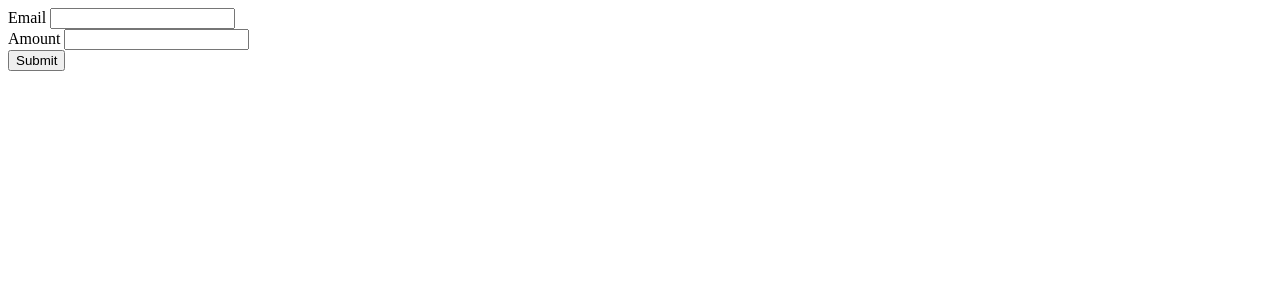
Repository: Mpiima/Early-market
Page: http://localhost/payment/index.php
An editor plug-in stored every save of this project. The page is shown before and after the next save, followed by the edit.
The browser window is 1280 px wide. The pictures show the whole page.
The page is run by PHP 8.4 with error messages shown; the project is at /var/www/html/.

Above is the page before, as saved 2023-04-19 05:17:31.

### payment/index.php
<!DOCTYPE html>
<html>
    <head>
        <meta charset="utf-8">
        <meta http-equiv="X-UA-Compatible" content="IE=edge">
        <title>Rave payment Gateway</title>
        <meta name="description" content="">
        <meta name="viewport" content="width=device-width, initial-scale=1">
        <link rel="stylesheet" href="">
    </head>
    <body>
        <form action="pay.php" method="POST">

        <label>Email</label>
        <input type="email" name="email">
        <br>
        <label>Amount</label>
        <input type="number" name="amount">
        <br>
        <input type="submit" name="pay" vlaue="Send Payment">

        </form>
    </body>
</html>

After the next save:
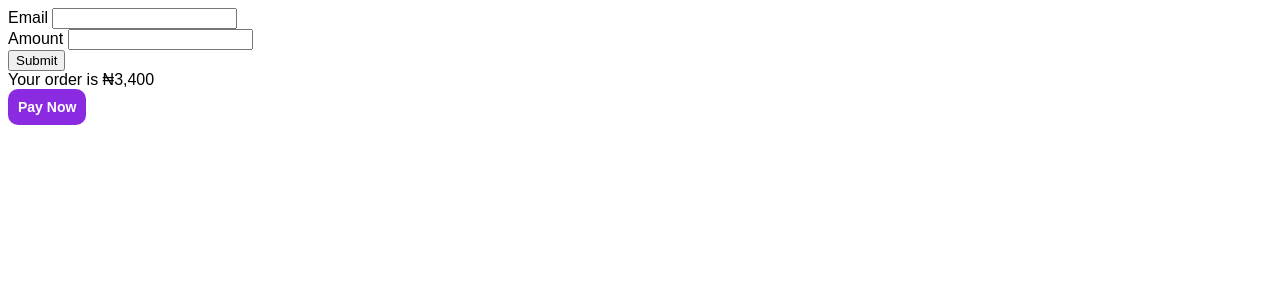
Saved 8 min 17 s later.
--- a/payment/index.php
+++ b/payment/index.php
@@ -21,4 +21,49 @@
 
         </form>
     </body>
+
+
+<style>
+body {
+  font-family: Sans-Serif;
+}
+
+#start-payment-button {
+    cursor: pointer;
+    position: relative;
+    background-color: blueviolet;
+    color: #fff;
+    max-width: 30%;
+    padding: 10px;
+    font-weight: 600;
+    font-size: 14px;
+    border-radius: 10px;
+    border: none;
+    transition: all .1s ease-in;
+}
+</style>
+
+
+
+    <form method="POST" action="https://checkout.flutterwave.com/v3/hosted/pay">
+  <div>
+    Your order is ₦3,400
+  </div>
+  <input type="hidden" name="public_key" value="FLWPUBK_TEST-SANDBOXDEMOKEY-X" />
+  <input type="hidden" name="customer[email]" value="jessepinkman@walterwhite.org" />
+  <input type="hidden" name="customer[name]" value="Jesse Pinkman" />
+  <input type="hidden" name="tx_ref" value="bitethtx-019203" />
+  <input type="hidden" name="amount" value="3400" />
+  <input type="hidden" name="currency" value="NGN" />
+  <input type="hidden" name="meta[token]" value="54" />
+  <input type="hidden" name="redirect_url" value="https://demoredirect.localhost.me/" />
+  <button type="submit" id="start-payment-button">Pay Now</button>
+</form>
+
+
+
+
+
+
+
 </html>
